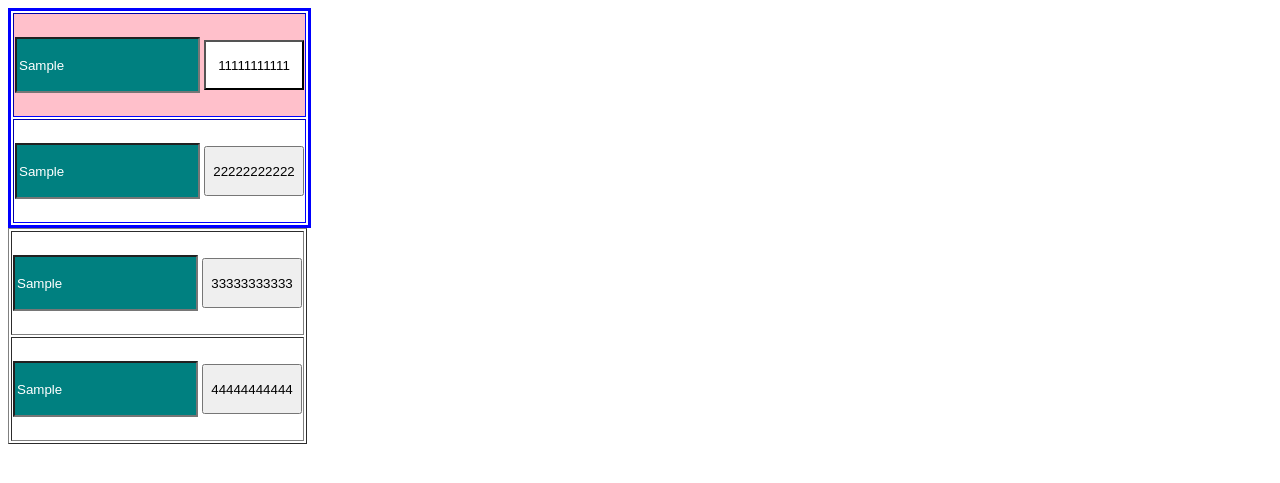
Repository: AgentHyun/FishDalle3
Page: Feb14_1_jQuery/WebContent/2_DOM_Select.html
These files come from the project's save history. The page is drawn as it stood at one moment and after the next save; the edit follows.
The browser window is 1280 px wide. The pictures show the whole page.
Empty fields were first filled with sample values (such as "Sample", 5 or name@example.com).
After loading, the first visible `button` was clicked once.

Above is the page before, as saved 2025-02-14 02:41:18.

### Feb14_1_jQuery/WebContent/2_DOM_Select.html
<!DOCTYPE html>
<html>
<head>
<meta charset="UTF-8">

<style type = "text/css">
td {height : 100px;}
input {height : 50px;
       background-color : teal;
       color : white;}
button {width : 100px; height : 50px;}



</style>
<title>Insert title here</title>
<script type = "text/javascript" src = "jQuery.js"></script>
<script type = "text/javascript">
$(function(){

   //선택자를 지정하지 않았을 때 특정 DOM객체를
   //어떻게 찾아낼 것인가
   $("button").click(function(){

           // $(this) : 클릭이벤트의 발생함수를 호출한 장본인
           //    누른 버튼만 해당하는 명령을 실행하도록!
           $(this).css("background-color", "white");


           //누른 버튼이 있는 td에 배경색을 주기
           //parent() : 내가 누른 this의 한단계 상위 DOM객체
           // cf) 한단계 하위 객체 : children()
           $(this).parent().css("background-color", "pink");
         //  $(this).parent().parent().parent().css("border","1px solid blue");


           // 누른 버튼이 있는 table의 테두리를 파란색으로

          //closest("CSS선택자") : 상위에 있는 것 중에서 가장 가까운 CSS선택자
          $(this).closest("table").css("border", "blue solid 3px");

   });


});




</script>

</head>
<body>

<table border= "1">
<tr><td><input> <button>11111111111</button></td></tr>
<tr><td><input> <button>22222222222</button></td></tr>


</table>
<table border= "1">
<tr><td><input> <button>33333333333</button></td></tr>
<tr><td><input> <button>44444444444</button></td></tr>


</table>




</body>
</html>

Loaded but not shown: Feb14_1_jQuery/WebContent/jQuery.js (library)

After the next save:
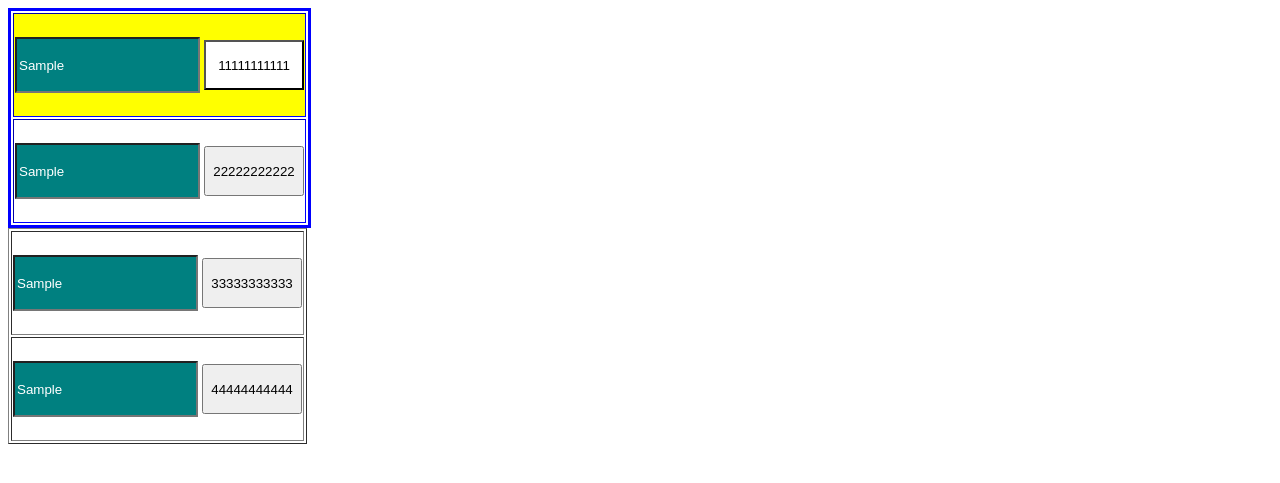
Saved 3 min 58 s later.
--- a/Feb14_1_jQuery/WebContent/2_DOM_Select.html
+++ b/Feb14_1_jQuery/WebContent/2_DOM_Select.html
@@ -38,7 +38,29 @@ $(function(){
 
           //closest("CSS선택자") : 상위에 있는 것 중에서 가장 가까운 CSS선택자
           $(this).closest("table").css("border", "blue solid 3px");
+          //cf) find("CSS선택자") : 하위객체 중에서 특정한(CSS선택자)
 
+
+
+          //td를 클릭했을 때 누른 td의 배경색을 노란색
+
+          $("td").click(function(){
+
+
+        	  $(this).css("background-color", "yellow");
+          });
+
+
+          // td를 클릭했을 때 그 td속에 있는 모든 것들의 배경색을 핑크색
+
+
+          // td를 클릭했을 때 그 td속에 들어있는 버튼의 테두리색 (색자유)
+
+
+          // input에 쓴 글자가 (입력하고 버튼 눌렀을 때)
+
+
+          // 해당 input과 동일선상에 있는 button의 글자색이 되도록
    });
 
 
